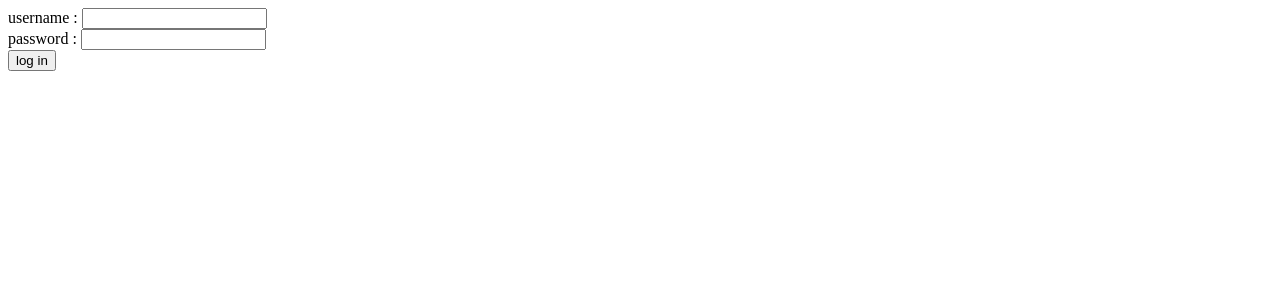
Repository: Aylin-NL/Webtech
Page: webtech1/WebContent/Login.html
The author's editor kept a copy of each file at every save. The page is drawn from the files as they stood at one save, then again after the next save.
The browser window is 1280 px wide. The pictures show the whole page.

Above is the page before, as saved 2014-09-02 20:18:18.

### webtech1/WebContent/Login.html
<!DOCTYPE html>
<html>
<head>
<meta charset="ISO-8859-1">
<title>henk</title>
</head>
	<body>
		<form action="">
		username  : <input type="text" name="Username"><br>
		password  : <input type="password" name="Password">
		</form>

		<button type = "button">
		log in
		</button>

	</body>
</html>

After the next save:
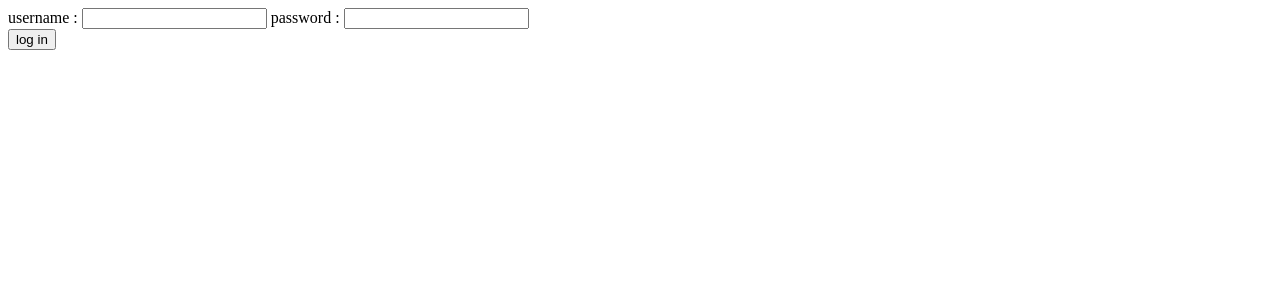
Saved 12 s later.
--- a/webtech1/WebContent/Login.html
+++ b/webtech1/WebContent/Login.html
@@ -6,7 +6,7 @@
 </head>
 	<body>
 		<form action="">
-		username  : <input type="text" name="Username"><br>
+		username  : <input type="text" name="Username">
 		password  : <input type="password" name="Password">
 		</form>
 

After the save that followed:
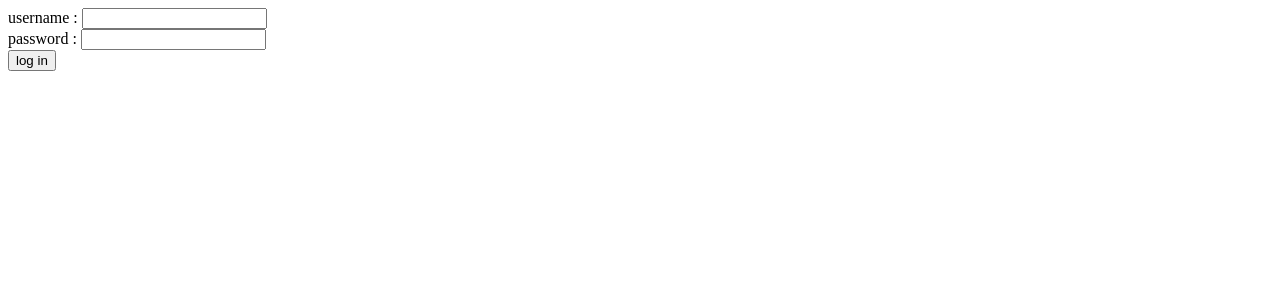
Saved 42 s later.
--- a/webtech1/WebContent/Login.html
+++ b/webtech1/WebContent/Login.html
@@ -2,11 +2,12 @@
 <html>
 <head>
 <meta charset="ISO-8859-1">
-<title>henk</title>
+
+<title>Login</title>
 </head>
 	<body>
 		<form action="">
-		username  : <input type="text" name="Username">
+		username  : <input type="text" name="Username"> <br>
 		password  : <input type="password" name="Password">
 		</form>
 
